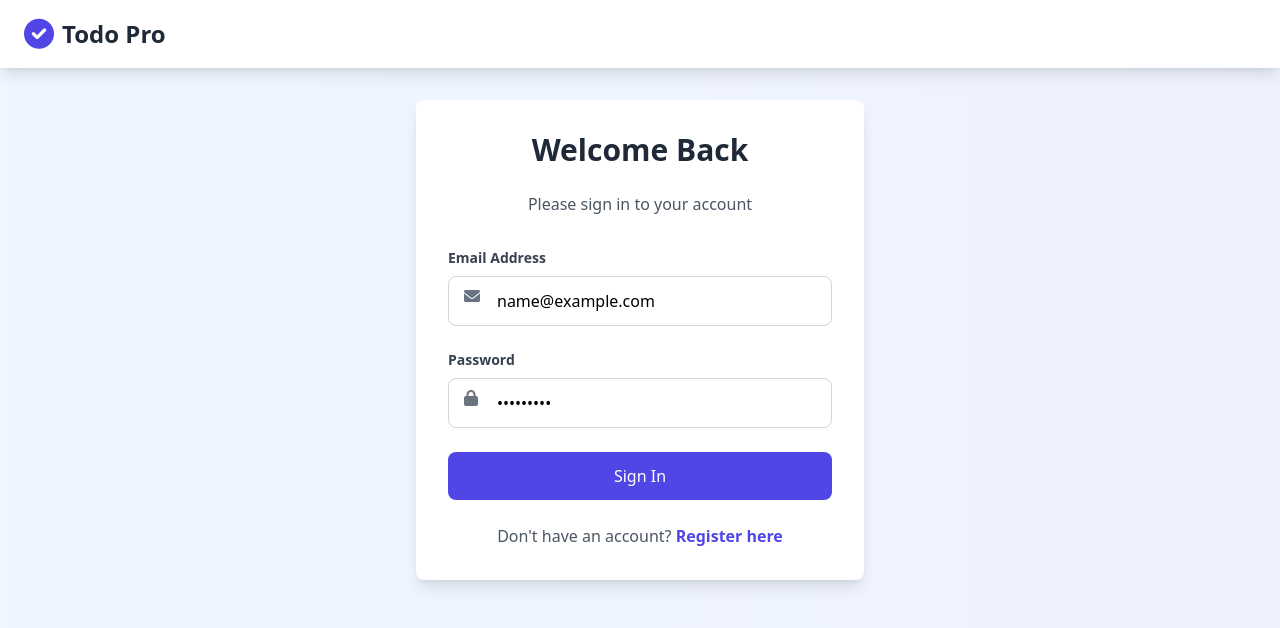
Repository: emreicoz07/TodoApp-NodeJS-TailwindCSS
Page: frontend/index.html
The author's editor kept a copy of each file at every save. The page is drawn from the files as they stood at one save, then again after the next save.
The browser window is 1280 px wide. The pictures show the whole page.
Empty fields were first filled with sample values (such as "Sample", 5 or name@example.com).
After loading, the first visible `#login-form` was submitted once.
The page's requests for data from a server got no answer. Some web libraries are served in a nearby version.

Above is the page before, as saved 2025-01-15 20:11:24.
Console error: SyntaxError: Identifier 'API_URL' has already been declared

After the next save:
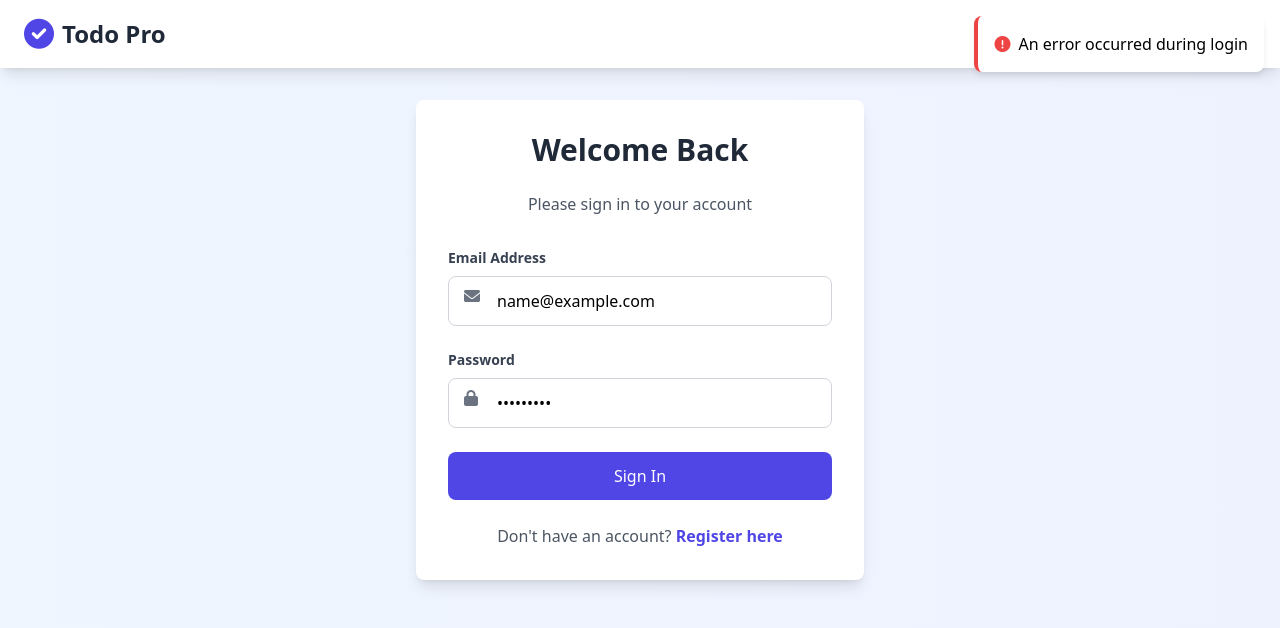
Saved 2 min 25 s later.
--- a/frontend/js/auth.js
+++ b/frontend/js/auth.js
@@ -1,28 +1,42 @@
 const API_URL = 'http://localhost:5000/api';
 
-// Show/hide forms
+// Show/hide forms and manage navigation visibility
 function showLoginForm() {
     document.getElementById('loginForm').classList.remove('hidden');
     document.getElementById('registerForm').classList.add('hidden');
     document.getElementById('dashboard').classList.add('hidden');
+    document.getElementById('nav-buttons').classList.add('hidden');
 }
 
 function showRegisterForm() {
     document.getElementById('loginForm').classList.add('hidden');
     document.getElementById('registerForm').classList.remove('hidden');
     document.getElementById('dashboard').classList.add('hidden');
+    document.getElementById('nav-buttons').classList.add('hidden');
 }
 
 function showDashboard() {
     document.getElementById('loginForm').classList.add('hidden');
     document.getElementById('registerForm').classList.add('hidden');
     document.getElementById('dashboard').classList.remove('hidden');
+    document.getElementById('nav-buttons').classList.remove('hidden');
     loadTodos();
+}
+
+// Show loading spinner
+function showLoading() {
+    document.getElementById('loading-spinner').classList.remove('hidden');
+}
+
+// Hide loading spinner
+function hideLoading() {
+    document.getElementById('loading-spinner').classList.add('hidden');
 }
 
 // Login function
 async function login(email, password) {
     try {
+        showLoading();
         const response = await fetch(`${API_URL}/users/login`, {
             method: 'POST',
             headers: {
@@ -35,19 +49,23 @@ async function login(email, password) {
 
         if (response.ok) {
             localStorage.setItem('user', JSON.stringify(data));
+            showToast('Login successful!', 'success');
             showDashboard();
         } else {
-            alert(data.message);
+            showToast(data.message || 'Login failed', 'error');
         }
     } catch (error) {
         console.error('Error:', error);
-        alert('An error occurred during login');
+        showToast('An error occurred during login', 'error');
+    } finally {
+        hideLoading();
     }
 }
 
 // Register function
 async function register(username, email, password) {
     try {
+        showLoading();
         const response = await fetch(`${API_URL}/users/register`, {
             method: 'POST',
             headers: {
@@ -60,19 +78,23 @@ async function register(username, email, password) {
 
         if (response.ok) {
             localStorage.setItem('user', JSON.stringify(data));
+            showToast('Registration successful!', 'success');
             showDashboard();
         } else {
-            alert(data.message);
+            showToast(data.message || 'Registration failed', 'error');
         }
     } catch (error) {
         console.error('Error:', error);
-        alert('An error occurred during registration');
+        showToast('An error occurred during registration', 'error');
+    } finally {
+        hideLoading();
     }
 }
 
 // Logout function
 function logout() {
     localStorage.removeItem('user');
+    showToast('Logged out successfully', 'success');
     showLoginForm();
 }
 
@@ -80,27 +102,73 @@ function logout() {
 function checkAuth() {
     const user = JSON.parse(localStorage.getItem('user'));
     if (user && user.token) {
-        showDashboard();
+        // Verify token validity
+        fetch(`${API_URL}/users/verify`, {
+            headers: {
+                'Authorization': `Bearer ${user.token}`
+            }
+        })
+        .then(response => {
+            if (response.ok) {
+                showDashboard();
+            } else {
+                localStorage.removeItem('user');
+                showLoginForm();
+            }
+        })
+        .catch(() => {
+            localStorage.removeItem('user');
+            showLoginForm();
+        });
     } else {
         showLoginForm();
     }
 }
 
+// Show toast notification
+function showToast(message, type = 'success') {
+    const toast = document.createElement('div');
+    toast.className = `toast toast-${type}`;
+    toast.innerHTML = `
+        <div class="flex items-center">
+            <i class="fas ${type === 'success' ? 'fa-check-circle text-green-500' : 'fa-exclamation-circle text-red-500'} mr-2"></i>
+            <span>${message}</span>
+        </div>
+    `;
+    document.body.appendChild(toast);
+    setTimeout(() => toast.remove(), 3000);
+}
+
 // Event listeners
 document.getElementById('login-form').addEventListener('submit', (e) => {
     e.preventDefault();
-    const email = document.getElementById('email').value;
+    const email = document.getElementById('email').value.trim();
     const password = document.getElementById('password').value;
-    login(email, password);
+    if (email && password) {
+        login(email, password);
+    } else {
+        showToast('Please fill in all fields', 'error');
+    }
 });
 
 document.getElementById('register-form').addEventListener('submit', (e) => {
     e.preventDefault();
-    const username = document.getElementById('register-username').value;
-    const email = document.getElementById('register-email').value;
+    const username = document.getElementById('register-username').value.trim();
+    const email = document.getElementById('register-email').value.trim();
     const password = document.getElementById('register-password').value;
-    register(username, email, password);
+    if (username && email && password) {
+        register(username, email, password);
+    } else {
+        showToast('Please fill in all fields', 'error');
+    }
 });
 
-// Initialize
-checkAuth();
+// Initialize when DOM is loaded
+document.addEventListener('DOMContentLoaded', () => {
+    // Hide dashboard and nav buttons initially
+    document.getElementById('dashboard').classList.add('hidden');
+    document.getElementById('nav-buttons').classList.add('hidden');
+
+    // Check authentication
+    checkAuth();
+});
